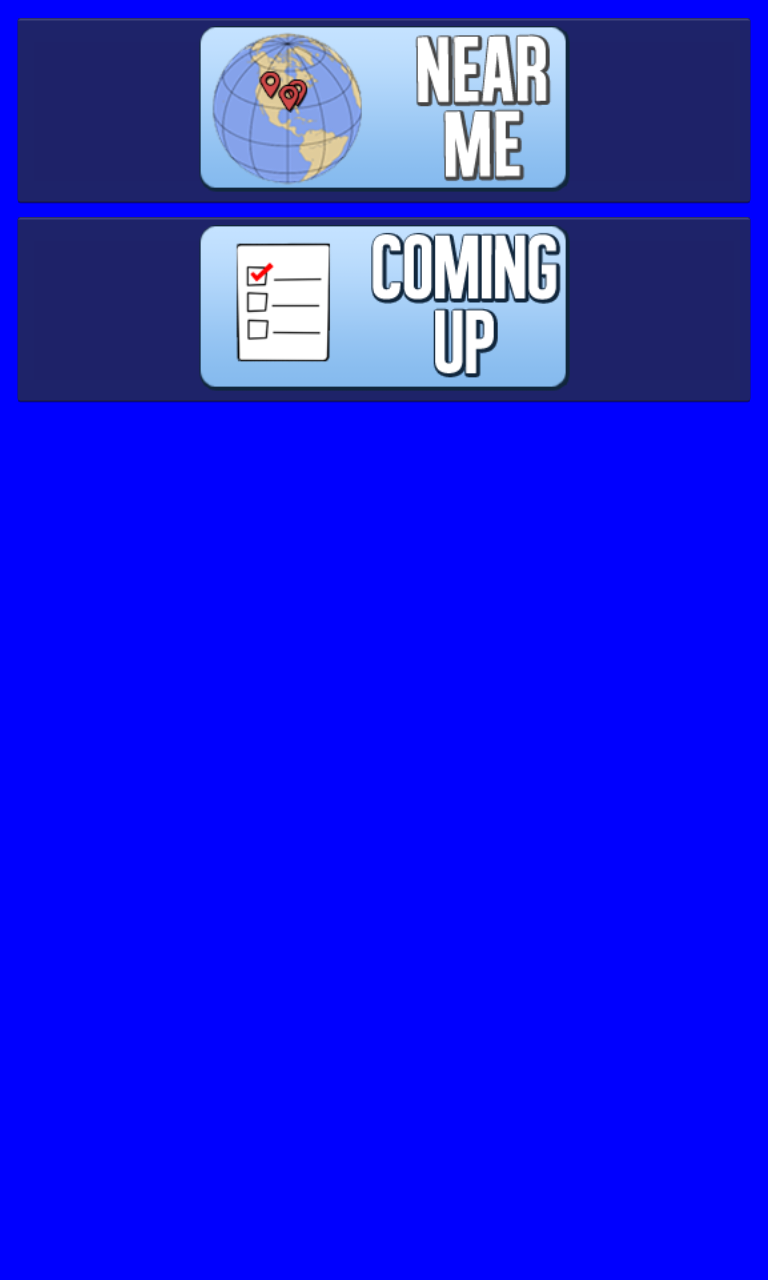
Repository: asolanki/food-finder-app
Layout: Android/HoosEating/res/layout/main_menu.xml
An editor plug-in stored every save of this project. The layout is shown before and after the next save, followed by the edit.
It is drawn on a 768 x 1280 px phone screen (xhdpi) without system bars, with theme android:Theme.Holo; the app's code is not run.

Above is the layout before, as saved 2012-08-26 01:09:40.

### Android/HoosEating/res/layout/main_menu.xml
<?xml version="1.0" encoding="utf-8"?>
<LinearLayout xmlns:android="http://schemas.android.com/apk/res/android"
    android:layout_width="fill_parent"
    android:layout_height="fill_parent"
    android:background="#0000ff"
    android:orientation="vertical"
    android:padding="5dp" >

    <ImageButton
        android:id="@+id/near_me_btn"
        android:layout_width="match_parent"
        android:layout_height="wrap_content"
        android:src="@drawable/near_button" />

    <ImageButton
        android:id="@+id/coming_up_btn"
        android:layout_width="match_parent"
        android:layout_height="wrap_content"
        android:src="@drawable/coming_button" />

</LinearLayout>

After the next save:
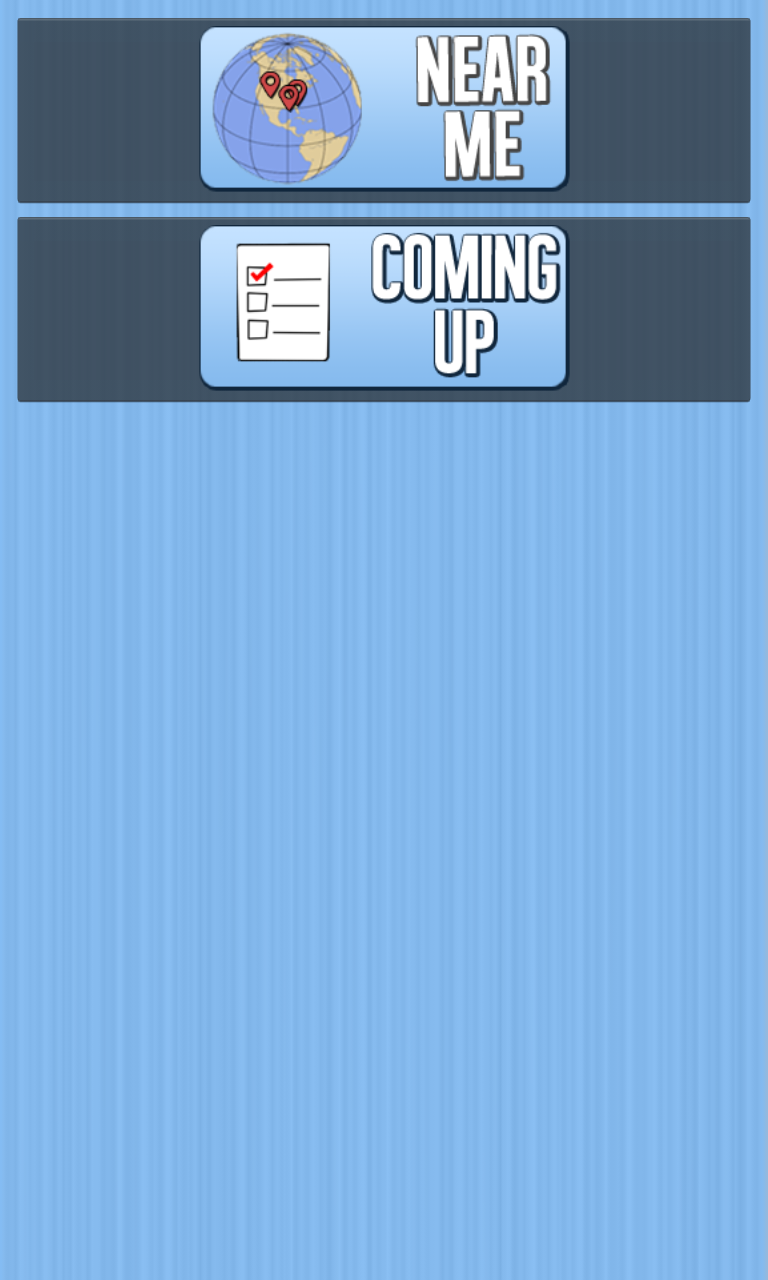
Saved 2 min 31 s later.
--- a/Android/HoosEating/res/layout/main_menu.xml
+++ b/Android/HoosEating/res/layout/main_menu.xml
@@ -2,7 +2,7 @@
 <LinearLayout xmlns:android="http://schemas.android.com/apk/res/android"
     android:layout_width="fill_parent"
     android:layout_height="fill_parent"
-    android:background="#0000ff"
+    android:background="@drawable/bg"
     android:orientation="vertical"
     android:padding="5dp" >
 
